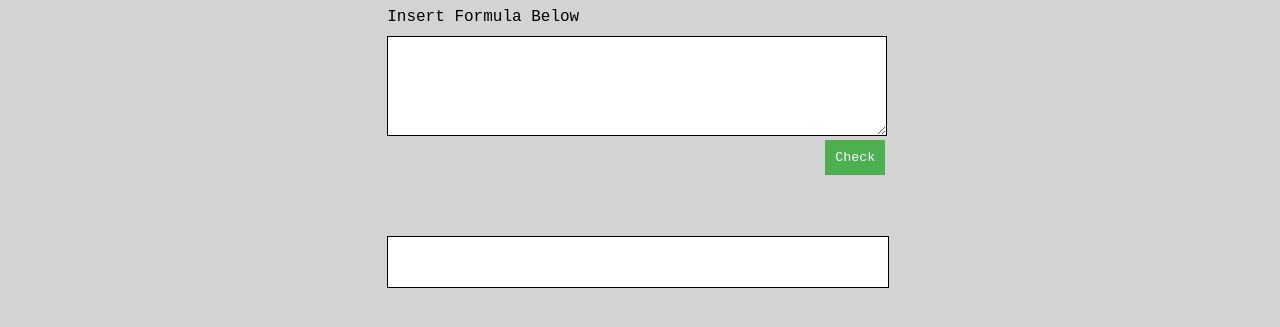
Repository: martandatrey/sf_formula_checker
Page: SF_formula_parser.html
An editor plug-in stored every save of this project. The page is shown before and after the next save, followed by the edit.
The browser window is 1280 px wide. The pictures show the whole page.

Above is the page before, as saved 2020-05-24 02:16:47.

### SF_formula_parser.html
<html>
    <head>
        <script src="main.js"></script>
        <link rel="stylesheet" href="SF_formula_parser.css">
        <title>
            Salesforce Formula Parser
        </title>
    </head>
    <body>
       <div id="main" class="center">
            <form>
                <label for="formulaField" style="text-align: center;">Insert Formula Below</label>
                <br>
                <textarea class="fField" id="formulaField" name="formulaField"></textarea>
                <br>

                <input class="checkBtn" type="button" value="Check" onclick="parseFormula(); return false;" />

                <div id="statusMsg">

                </div>
            </form>
       </div>
    </body>
</html>

### main.js
let formulaTxt;
function parseFormula(){
    formulaTxt = document.getElementById("formulaField").value;
    console.log(formulaTxt);
    if(!formulaTxt){
        alert("Enter Some text in formula field.");
    }else {
        //alert("Parsing in progress.");
        checkFormula(formulaTxt);
    }
}


function checkFormula(formulaTxt){
    console.log('Parsing Formula:', formulaTxt );
    let result;
    formulaTxt = formulaTxt.replace(/[\s\n]/g, '');
    const opPatt = new RegExp(/[*\-+/^]/, "i");
    if(formulaTxt.search(opPatt)){
        const index = formulaTxt.search(opPatt);
        result = calcExp(formulaTxt.substring(0, index), formulaTxt.substring(index+1), formulaTxt.charAt(index));
    }
    //let result = ;
    console.log('result', result);
    updateStatusMsg(result);
    // const bracPatt = new RegExp(/\(*\)/, "i");
    // let initExp = bracPatt.test(formulaTxt);
    // console.log(initExp);

}


function calcExp(operand1, operand2, operator){
    console.log(operand1,'|', operand2,'|', operator);
    operand1 = Number(operand1);
    operand2 = Number(operand2);
    switch(operator){
        case '*':
            return operand1 * operand2;
        case '+':
            return operand1 + operand2;
        case '-':
            return operand1 - operand2;
        case '/':
            return operand1 / operand2;
        case '^':
            return operand1 ^ operand2;
        default:
            console.log('Not a Proper Operator');
    }

}


function updateStatusMsg(msg){
    document.getElementById('statusMsg').innerHTML = msg;
}

### SF_formula_parser.css
#main {
    width: 500px;
    margin-left: 30%;
}
.fField {
    /* margin-left: 10px; */
    margin-top: 10px;
    height: 100px;
    width: 500px;
    padding: 10px;
    border: 1px solid black;
}
body {
    background-color: lightgrey;
}
input[type=button] {
    background-color: #4CAF50;
    border: none;
    color: white;
    padding: 10px 10px;
    text-decoration: none;
    margin: 4px 2px;
    cursor: pointer;
    float:right;
}
#statusMsg {
    height: 50px;
    width: 500px;
    border: 1px solid black;
    background-color: white;
    margin-top: 100px;
}

* {
    font-family: 'Courier New', Courier, monospace;
}

After the next save:
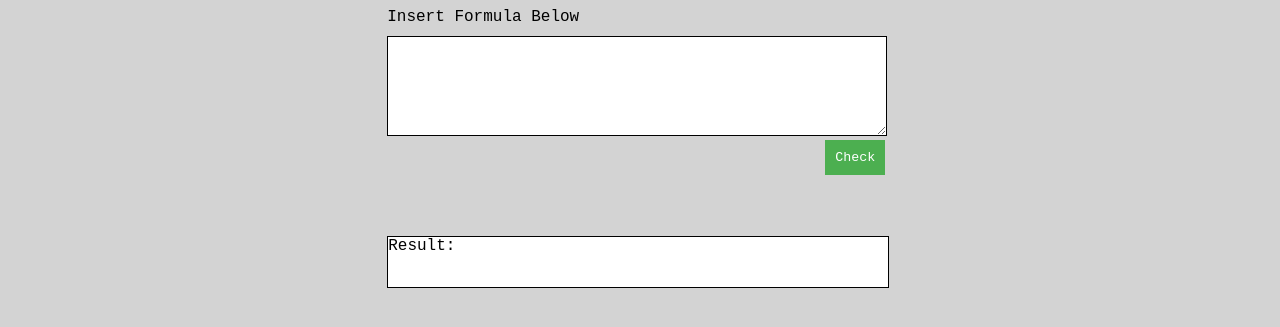
Saved 86 s later.
--- a/SF_formula_parser.html
+++ b/SF_formula_parser.html
@@ -16,7 +16,9 @@
 
                 <input class="checkBtn" type="button" value="Check" onclick="parseFormula(); return false;" />
 
+
                 <div id="statusMsg">
+                    Result:
 
                 </div>
             </form>
